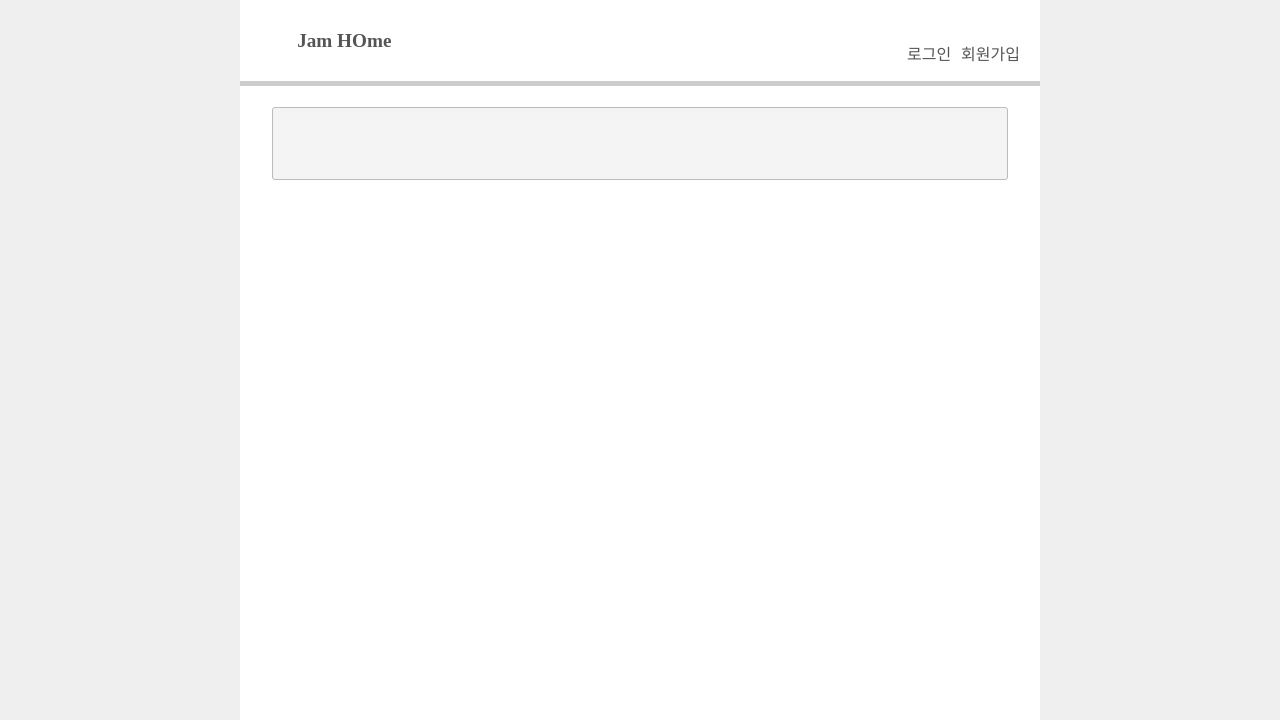
Repository: woals5636/JSPClass
Page: http://localhost/jspPro/days06/ex04_template.jsp
These files come from the project's save history. The page is drawn as it stood at one moment and after the next save; the edit follows.
The browser window is 1280 px wide. The pictures show the whole page.
Some web fonts or font styles are not loaded; a fallback is used. The page is served by Tomcat 9.

Above is the page before, as saved 2024-10-22 03:41:14.

After the next save:
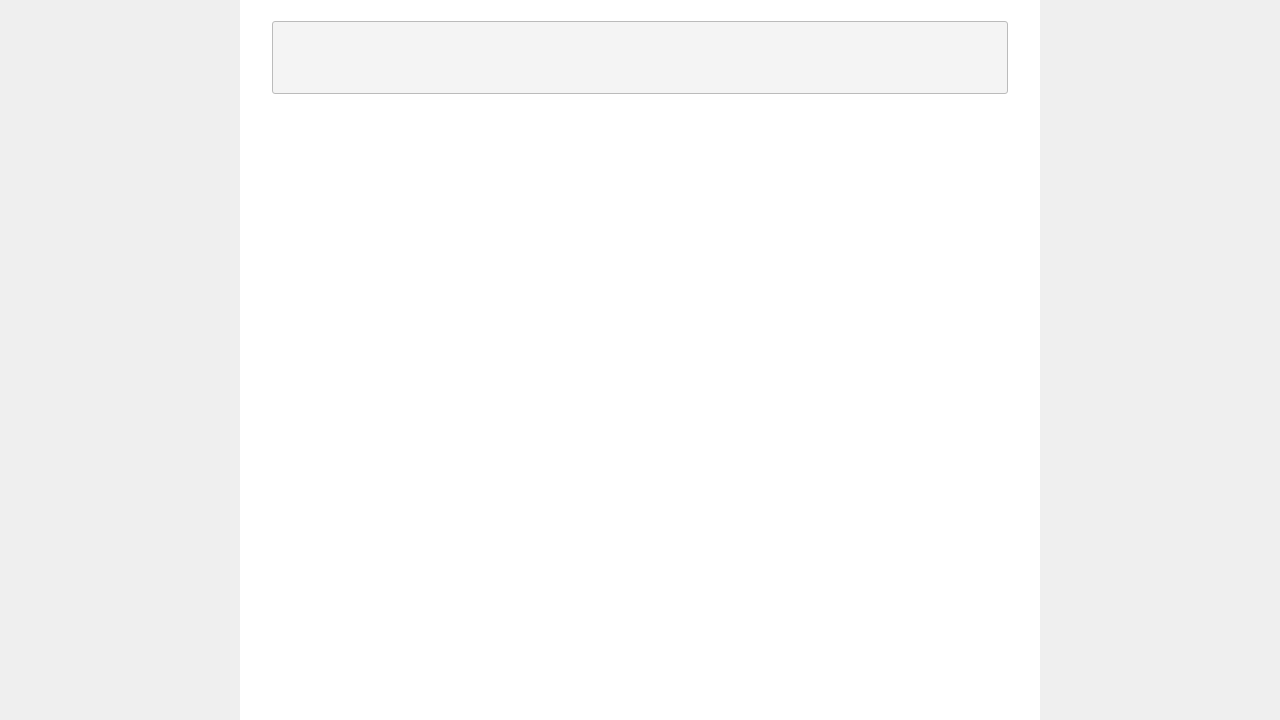
Saved 80 s later.
--- a/jspPro/src/main/webapp/days06/ex04_template.jsp
+++ b/jspPro/src/main/webapp/days06/ex04_template.jsp
@@ -19,13 +19,7 @@
 </style>
 </head>
 <body>
-<header>
-  <h1 class="main"><a href="#" style="position: absolute;top:30px;">Jam HOme</a></h1>
-  <ul>
-    <li><a href="#">로그인</a></li>
-    <li><a href="#">회원가입</a></li>
-  </ul>
-</header>
+<!-- TOP 공통 모듈 -->
 <div>
   <xmp class="code">
 
